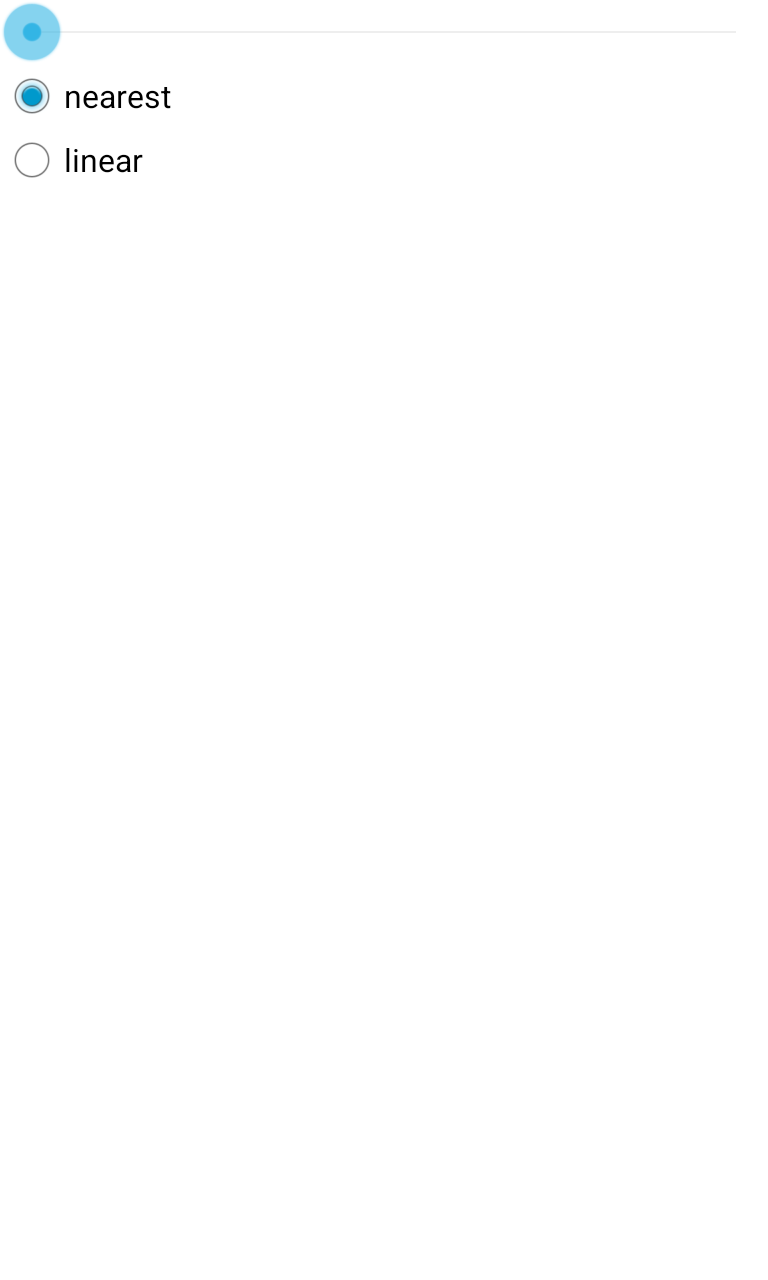
Repository: qhyuan1992/OpenGL-ES
Layout: OpenGlES_Texture2/res/layout/activity_main.xml
These files come from the project's save history. The layout is drawn as it stood at one moment and after the next save; the edit follows.
It is drawn on a 768 x 1280 px phone screen (xhdpi) without system bars, with theme AppTheme; the app's code is not run.

Above is the layout before, as saved 2016-10-31 05:56:47.

After the next save:
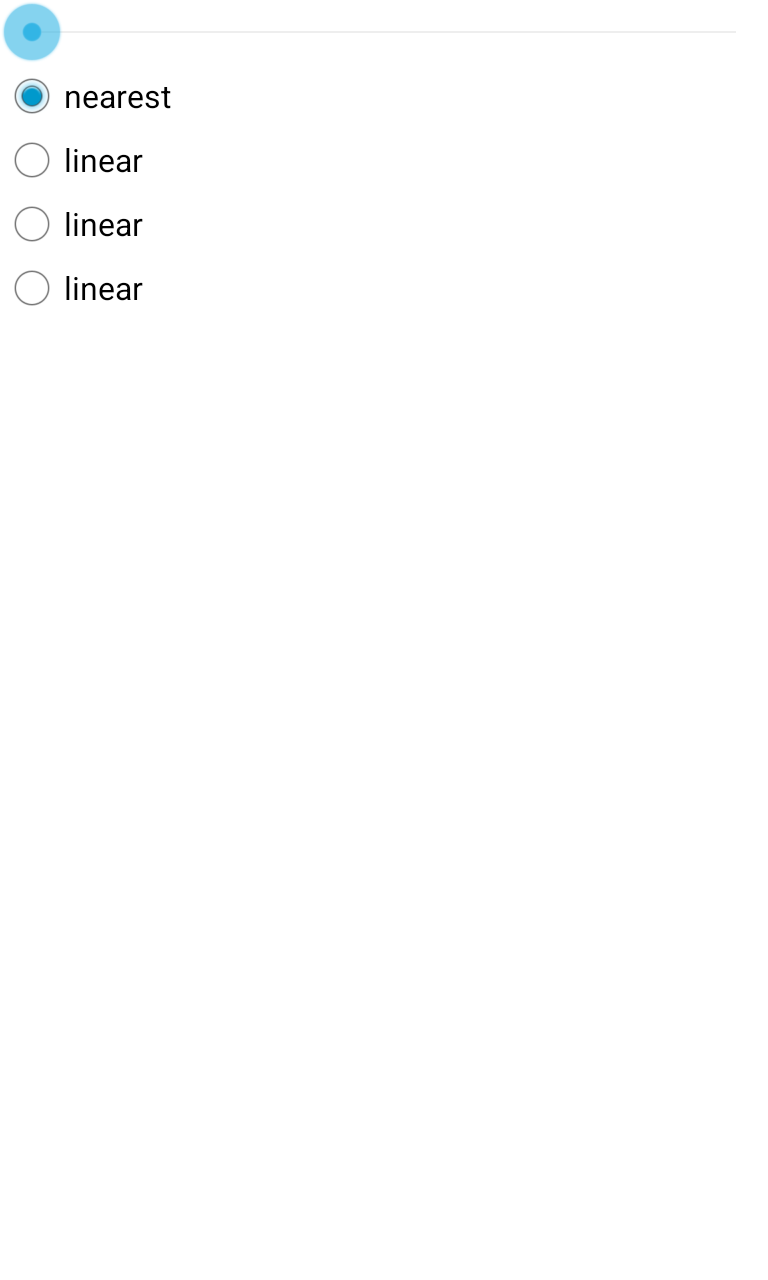
Saved 45 s later.
--- a/OpenGlES_Texture2/res/layout/activity_main.xml
+++ b/OpenGlES_Texture2/res/layout/activity_main.xml
@@ -32,6 +32,20 @@
             android:layout_height="wrap_content"
             android:text="linear" >
         </RadioButton>
+
+        <RadioButton
+            android:id="@+id/radioFemale"
+            android:layout_width="wrap_content"
+            android:layout_height="wrap_content"
+            android:text="linear" >
+        </RadioButton>
+
+        <RadioButton
+            android:id="@+id/radioFemale"
+            android:layout_width="wrap_content"
+            android:layout_height="wrap_content"
+            android:text="linear" >
+        </RadioButton>
     </RadioGroup>
 
 </LinearLayout>
